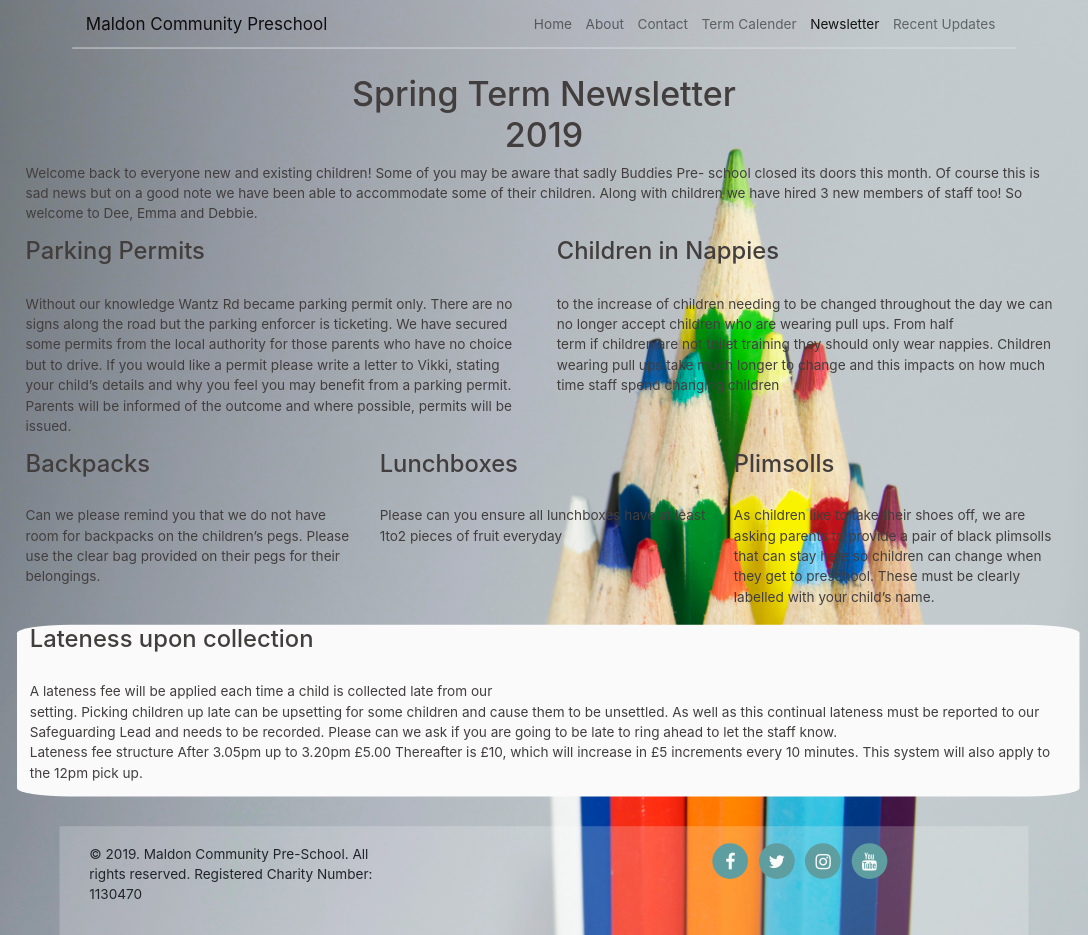
Repository: parkslee/milestone_1
Page: newsletter.html
The author's editor kept a record of every edit. The page is drawn from the files as they stood at one moment, then again after the next edit.
The browser window is 1280 px wide. The pictures show the whole page, at 85% of full size.
Some web libraries are served in a nearby version.

Above is the page before.

After the next edit:
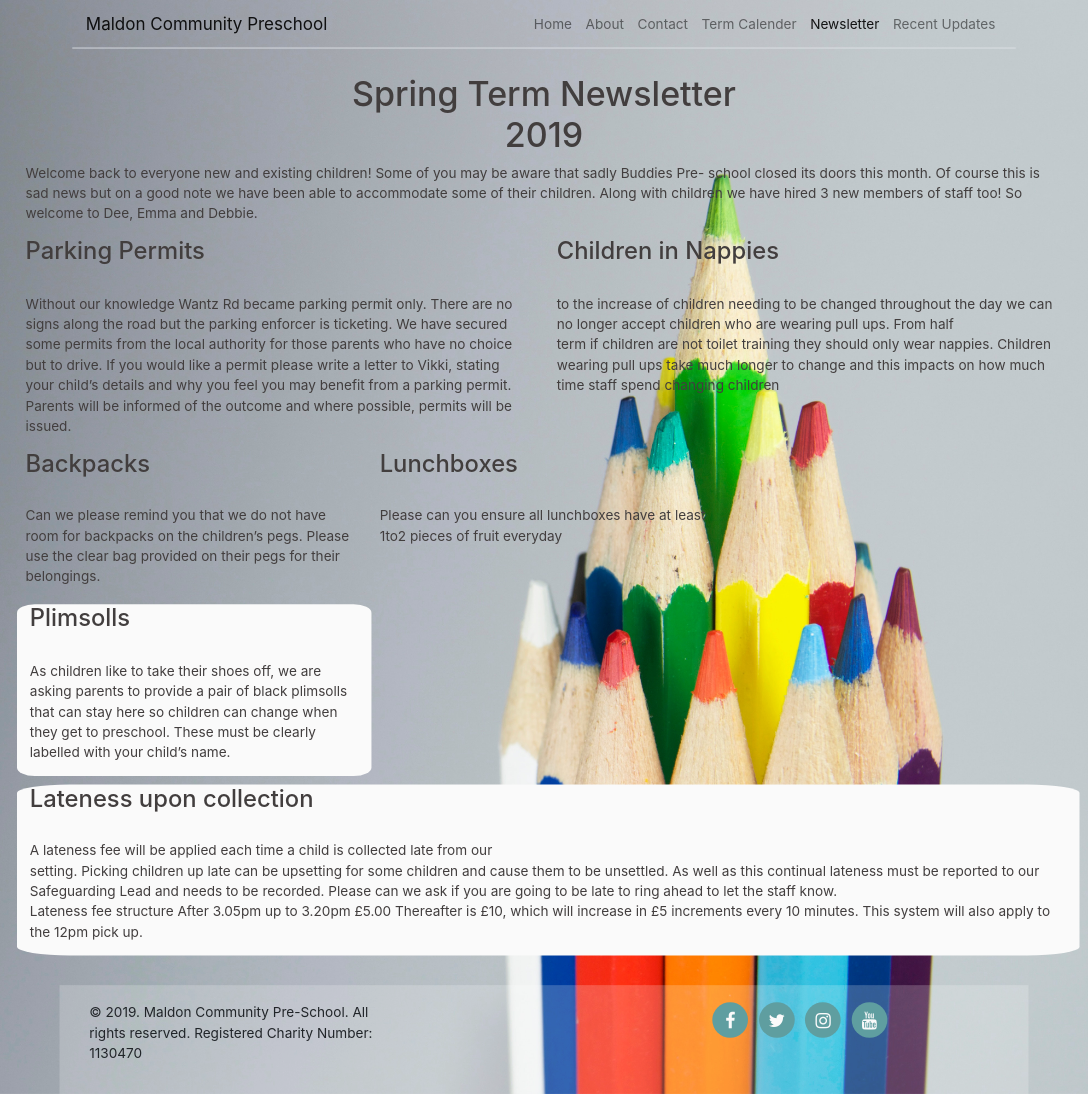
The edit:
--- a/newsletter.html
+++ b/newsletter.html
@@ -151,7 +151,7 @@
                     everyday</p>
             </div>
 
-            <div class="col-sm-12 col-md-4">
+            <div class="col-sm-12 col-md-4 newsletter-blocks">
 
                 <h3> Plimsolls</h3>
                 <br>
